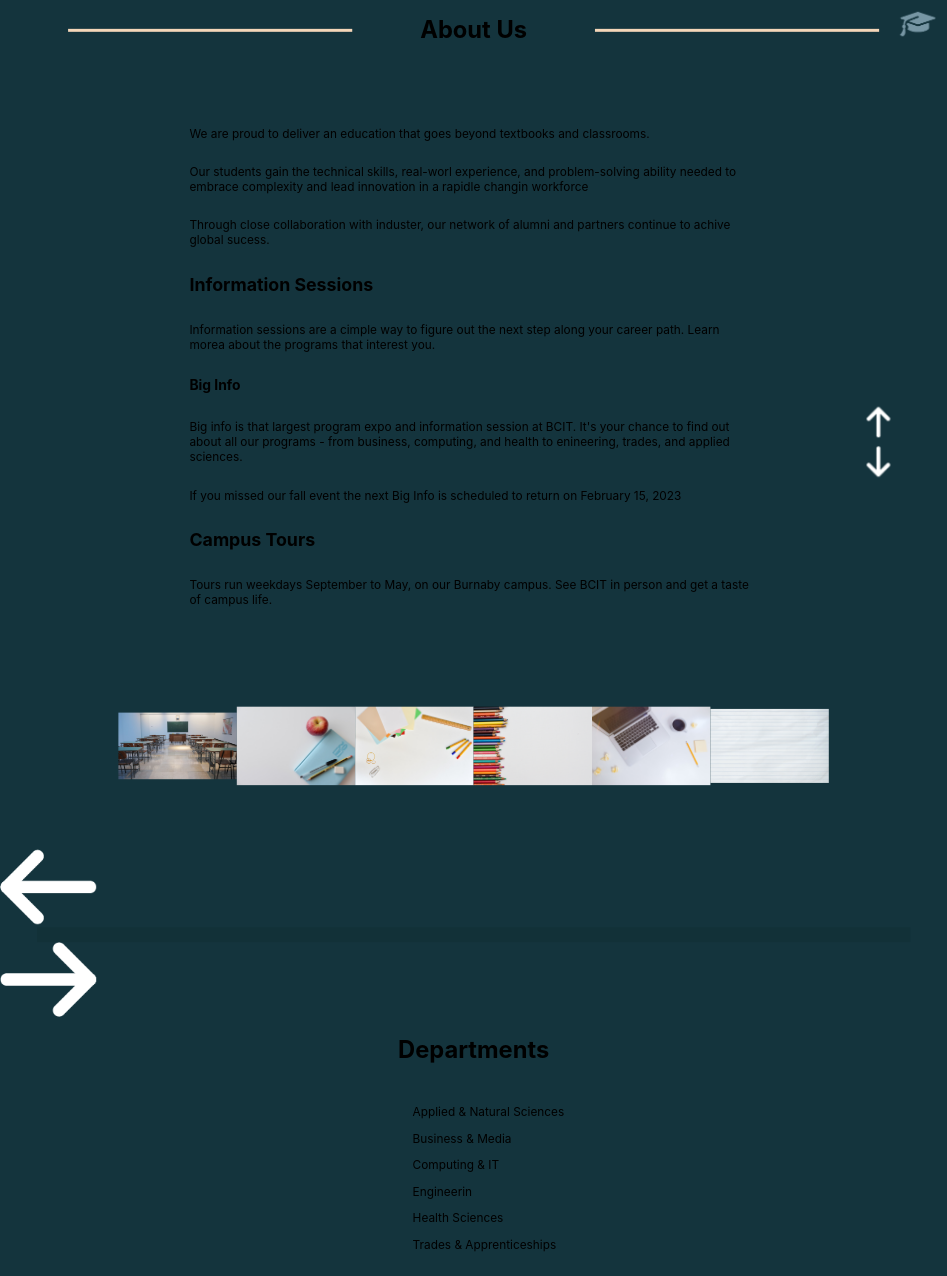
Repository: SaraShio/A01314209_Sara_Shiojima
Page: /about
The author's editor kept a copy of each file at every save. The page is drawn from the files as they stood at one save, then again after the next save.
The browser window is 1280 px wide. The pictures show the whole page, at 74% of full size.
The project was rebuilt for these pictures with package versions that can differ from the ones it lists, and the page was loaded fresh each time. The framework's server and built-in components were replaced by stand-ins that run in the browser. Also part of the build but not shown: next.config.js.

Above is the page before, as saved 2023-02-08 22:05:08.

### pages/_app.js
import '../styles/globals.css'
import '../styles/variables.css'


function MyApp({ Component, pageProps }) {
  return <Component {...pageProps} />
}

export default MyApp

### pages/about.js
import Head from 'next/head'
import Image from 'next/image'
import styles from '../styles/About.module.css'
import Link from 'next/link'
import Arrow from '../components/Arrow'
import Navbar from '../components/Navbar'

export default function About() {
    return (
        <>
            <head>
                <title>About Us</title>
                <meta name="author" content="MDIA 2109" />
                <meta property="og:title" content="Assignment #1 - About Us Page" />
                <meta property="og:description" content="BCIT Digital Design and Development Diploma" />
                <link rel="icon" href='/favicon.png' />
            </head>

            <main className={styles.main}>
                <Navbar/>
                <header>
                    <div className={styles.header}>
                        <hr className={styles.line}></hr>
                        <h1>About Us</h1>
                        <hr className={styles.line}></hr>
                    </div>
                </header>
                <div className={styles.information}>
                    <div><p>We are proud to deliver an education that goes beyond textbooks and classrooms.</p></div>
                    <div><p>Our students gain the technical skills, real-worl experience, and problem-solving ability needed to embrace complexity and lead innovation in a rapidle changin workforce</p></div>
                    <div><p>Through close collaboration with induster, our network of alumni and partners continue to achive global sucess. </p></div>

                    <div><h2  >Information Sessions</h2></div>
                    <div><p>Information sessions are a cimple way to figure out the next step along your career path. Learn morea about the programs that interest you.</p></div>
                    <div><h3  >Big Info</h3></div>
                    <div><p>Big info is that largest program expo and information session at BCIT. It's  your chance to find out about all our programs - from business, computing, and health to enineering, trades, and applied sciences.</p></div>
                    <div><p  >If you missed our fall event the next Big Info is scheduled to return on February 15, 2023</p></div>
                    <div><h2  >Campus Tours</h2></div>

                    <div><p>Tours run weekdays September to May, on our Burnaby campus. See BCIT in person and get a taste of campus life.</p></div>
                </div>

                <div id="carouselImage" className={styles.carouselImage}>
                    <img className={styles.carousel} src={"carousel-images/0.jpg"} />
                    <img className={styles.carousel} src={"carousel-images/1.jpg"} />
                    <img className={styles.carousel} src={"carousel-images/2.jpg"} />
                    <img className={styles.carousel} src={"carousel-images/3.jpg"} />
                    <img className={styles.carousel} src={"carousel-images/4.jpg"} />
                    <img className={styles.carousel} src={"carousel-images/5.jpg"} />
                </div>

                <div>
                    <img src={'icons/leftArrow.png'} />
                    <div id="testOnImageHere" className={styles.testOnImageHere}></div>
                    <img src={'icons/rightArrow.png'} />
                </div>


                <div className={styles.departments}>
                    <div className={styles.header}>
                        <hr className={styles.line}></hr>
                        <h1>Departments</h1>
                        <hr className={styles.line}></hr>
                    </div>
                    <ul className={styles.departmentName}>
                        <li>Applied & Natural Sciences</li>
                        <li>Business & Media</li>
                        <li>Computing & IT</li>
                        <li>Engineerin</li>
                        <li>Health Sciences</li>
                        <li>Trades & Apprenticeships</li>
                    </ul>
                </div>
                <Arrow page="About" />

            </main>
        </>
    )
}

### styles/variables.css
:root{
    --primary-color: #fff;
    --beige: #f4d6b9;
    --ternary-color: #7796A4;
    --teal: #14343d;
    --quinary-color: rgba(16,46,53,0.5);
    }

### styles/About.module.css
.main{
    background-color: var(--teal);
}

.carouselImage{
    height: 200px;
    background-repeat: no-repeat;
    background-size: cover;
    display: flex;
    justify-content: center;
    align-items: center;
    margin: 40px 0px;
}

.carousel{
width: 10rem;
h
}

.testOnImageHere{
    background-color: rgba(16, 46, 53, 0.5);
    padding: 10px;
    margin: 0px 50px;
}

.header{
display: flex;
justify-content: center;
align-items: center;
}

.line{
    width: 30%;
    height: 0.25rem;
    background-color: var(--beige);
    border: none;
}

.information{
    margin: 10vh 20vw;
    display: flex;
    justify-content: center;
    flex-direction: column;
}


.departments{
    display: flex;
    flex-direction: column;
    align-items: center;
    justify-content: center;
}

.departmentName>li{
    list-style: none;
    margin: 1rem;
}

### components/Arrow/index.js
import styles from './Arrow.module.css'

export default function Arrow({
    page = "home",
}) {
    return (

        page.toLowerCase() === "home" ?
            <div className={styles.arrow}><a><span><img src={'icons/downwardArrow.png'} /></span></a>
            </div> :
            page.toLowerCase() === "about" ?
                <div className={styles.arrow}><a><span><img src={'icons/upwardArrow.png'} /></span></a>
                    <a><span><img src={'icons/downwardArrow.png'} /></span></a>
                </div> :
                page.toLowerCase() === "contact" ?
                    <div className={styles.arrow}><a href="/about"><span><img src={'icons/upwardArrow.png'} /></span></a>
                    </div> :
                    <div className={styles.arrow}><a href="/"><span><img src={'icons/downwardArrow.png'} /></span></a>
                    </div>
    )
}

### components/Navbar/index.js
import styles from './Navbar.module.css'


export default function Navbar() {

    return (
        <>
            <nav className={styles.navbar}>
                <img className={styles.nav_icon} src={'icons/graduation-hat.png'}></img>
            </nav>
        </>
    )
}

### components/Arrow/Arrow.module.css
.arrow{
    bottom:10vh;
    right: 6vw;
    display: flex;
    flex-direction: column;
    position: fixed;
    gap: 0.5rem;
}


.arrow > a > span > img{
    width: 2rem;
}

### components/Navbar/Navbar.module.css
.navbar{
    display: flex;
    position: relative;
}

.nav_icon{
    width: 3rem;
    top: 1rem;
    right: 1rem;
    position: absolute;
}

Loaded but not shown: styles/globals.css (common file)

After the next save:
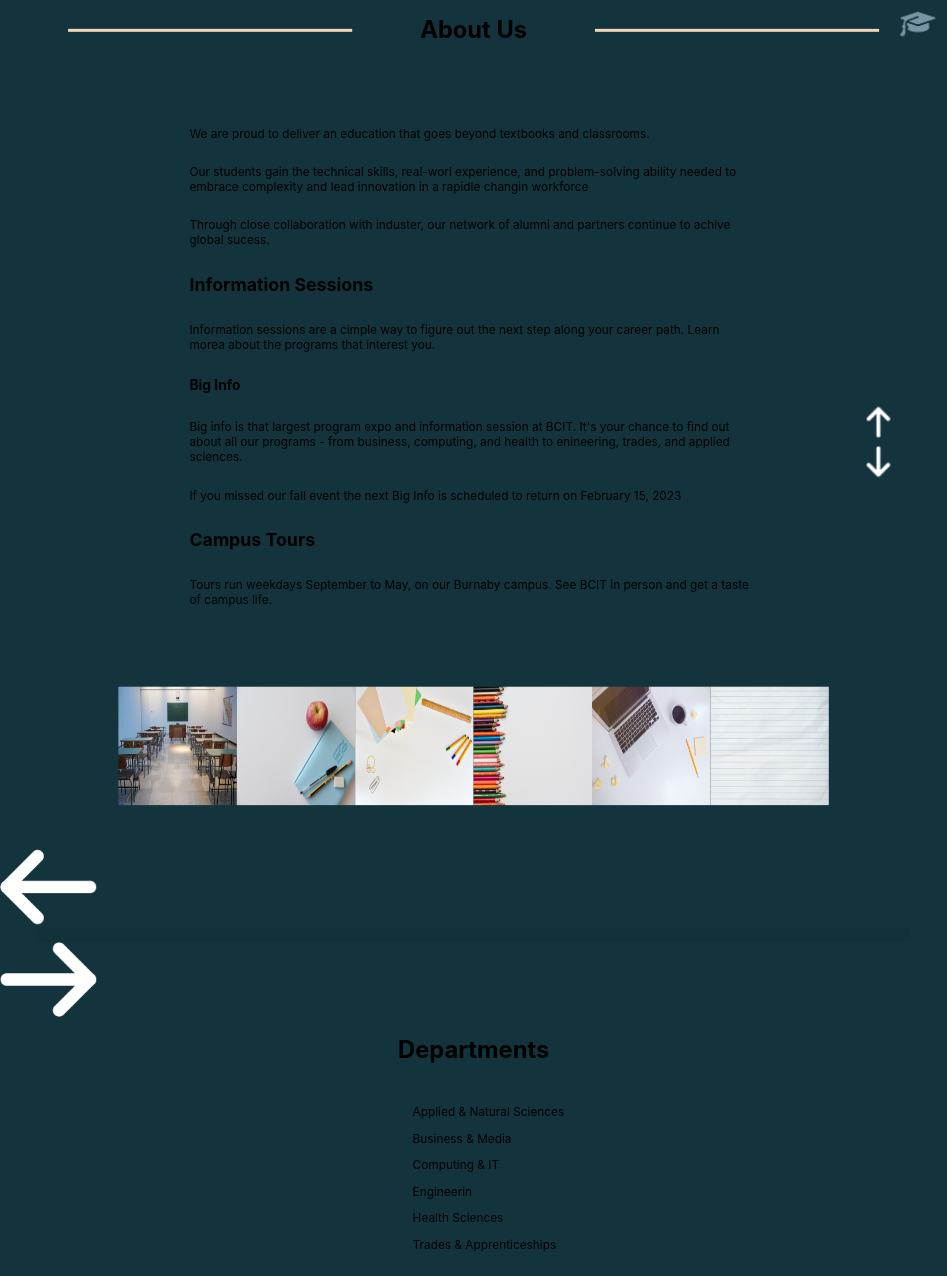
Saved 4 s later.
--- a/styles/About.module.css
+++ b/styles/About.module.css
@@ -14,7 +14,7 @@
 
 .carousel{
 width: 10rem;
-h
+height: 10rem;
 }
 
 .testOnImageHere{

After the 2 saves that followed:
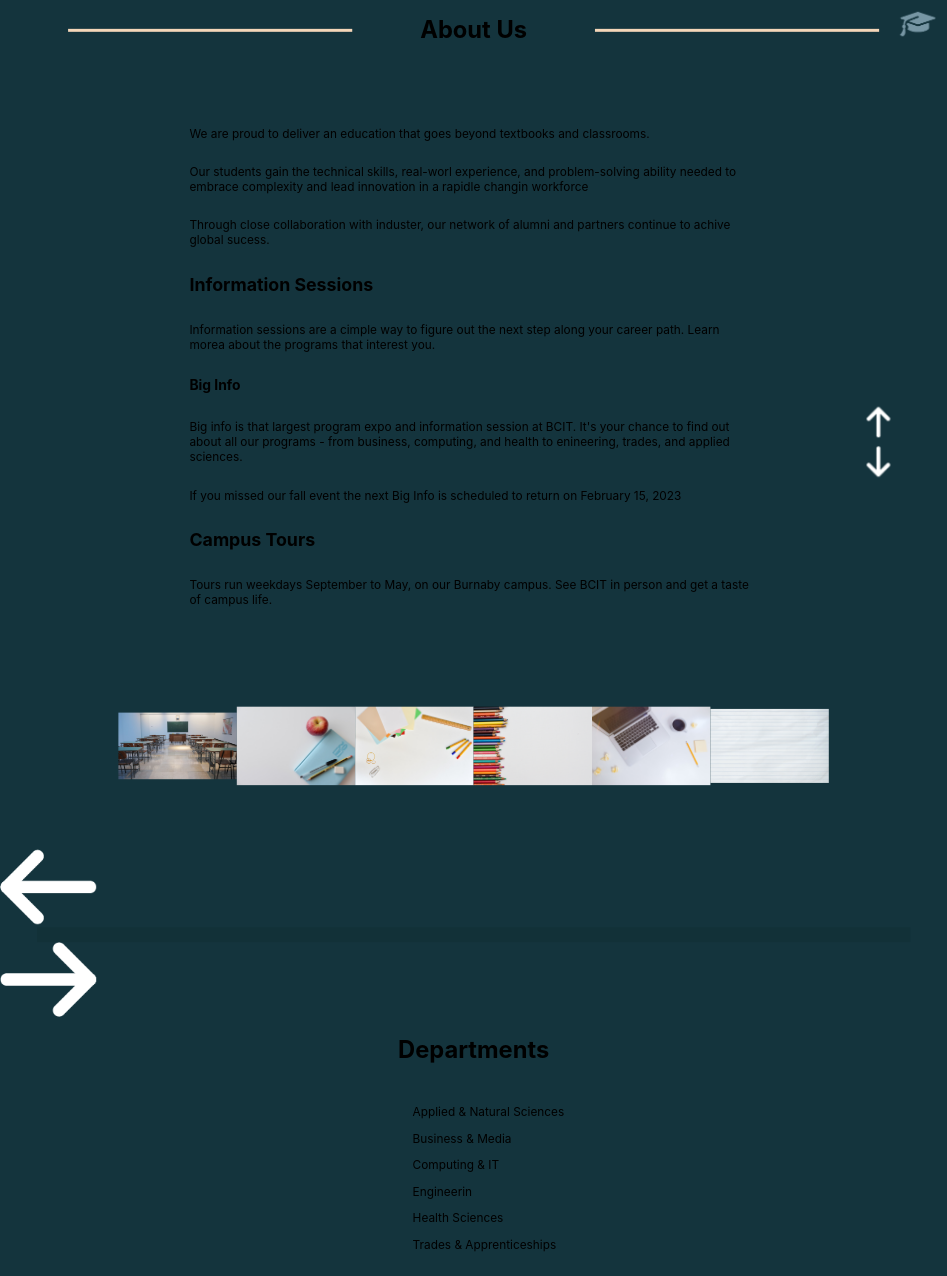
The 2 saves are shown as one change because they came seconds apart.
The last was saved 5 s later.
--- a/styles/About.module.css
+++ b/styles/About.module.css
@@ -14,7 +14,6 @@
 
 .carousel{
 width: 10rem;
-height: 10rem;
 }
 
 .testOnImageHere{
